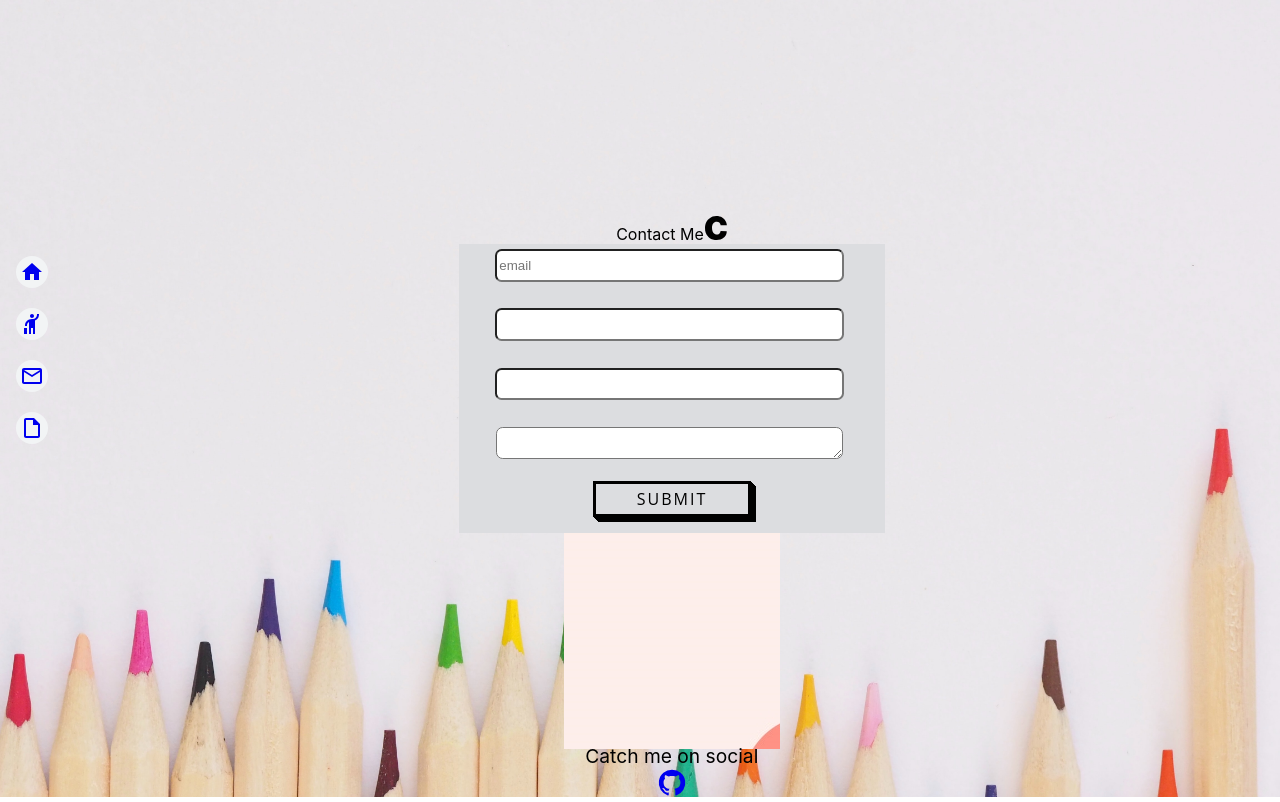
Repository: ujjawalmittal55/portfolio1
Page: /contact
The author's editor kept a copy of each file at every save. The page is drawn from the files as they stood at one save, then again after the next save.
The browser window is 1280 px wide. The pictures show the whole page.
The project was rebuilt for these pictures with package versions that can differ from the ones it lists, and the page was loaded fresh each time. Also part of the build but not shown: src/display.css, src/Display.tsx, src/about.css, src/About.jsx, src/document.css, src/Document.jsx.

Above is the page before, as saved 2022-05-24 22:49:54.

### public/index.html
<!DOCTYPE html>
<html lang="en">
  <head>

    <style>
      @import url('https://fonts.googleapis.com/css2?family=Montserrat:ital,wght@0,100;1,100&family=Source+Code+Pro:wght@300&display=swap');
    </style>
    <meta charset="utf-8" />
    <link rel="icon" href="%PUBLIC_URL%/favicon.ico" />
    <meta name="viewport" content="width=device-width, initial-scale=1" />
    <meta name="theme-color" content="#000000" />
    <meta
      name="description"
      content="Web site created using create-react-app"
    />
    <link rel="apple-touch-icon" href="%PUBLIC_URL%/logo192.png" />
    <!--
      manifest.json provides metadata used when your web app is installed on a
      user's mobile device or desktop. See https://developers.google.com/web/fundamentals/web-app-manifest/
    -->
    <link rel="manifest" href="%PUBLIC_URL%/manifest.json" />
    <!--
      Notice the use of %PUBLIC_URL% in the tags above.
      It will be replaced with the URL of the `public` folder during the build.
      Only files inside the `public` folder can be referenced from the HTML.

      Unlike "/favicon.ico" or "favicon.ico", "%PUBLIC_URL%/favicon.ico" will
      work correctly both with client-side routing and a non-root public URL.
      Learn how to configure a non-root public URL by running `npm run build`.
    -->
    <title>React App</title>
  </head>
  <body>
    <noscript>You need to enable JavaScript to run this app.</noscript>
    <div id="root"></div>
    <!--
      This HTML file is a template.
      If you open it directly in the browser, you will see an empty page.

      You can add webfonts, meta tags, or analytics to this file.
      The build step will place the bundled scripts into the <body> tag.

      To begin the development, run `npm start` or `yarn start`.
      To create a production bundle, use `npm run build` or `yarn build`.
    -->
  </body>
</html>

### src/index.tsx
import React from "react";
import ReactDOM from "react-dom/client";
import "./index.css";
import App from "./App";
import Portfolio from "./Portfolio";
import SideBar from "./SideBar";

import reportWebVitals from "./reportWebVitals";
import { BrowserRouter } from "react-router-dom";

const rootElement = document.getElementById("root");
if (!rootElement) throw new Error("Failed to find the root element");
const root = ReactDOM.createRoot(rootElement);
root.render(
  <React.StrictMode>
    <BrowserRouter>
      <Portfolio />
    </BrowserRouter>
  </React.StrictMode>
);

// If you want to start measuring performance in your app, pass a function
// to log results (for example: reportWebVitals(console.log))
// or send to an analytics endpoint. Learn more: https://bit.ly/CRA-vitals
reportWebVitals();

### src/Portfolio.tsx
import React, { Component } from "react";
import {
  BrowserRouter,
  Route,
  Link,
  Routes,
  useLocation,
} from "react-router-dom";
import Display from "./Display";
import "./homepage.css";
import SideBar from "./SideBar";
import About from "./About";
import Document from "./Document";
import Contact from "./Contact";
import { AnimatePresence } from "framer-motion";
function Portfolio() {
  const location = useLocation();
  return (
    <div className="Home">
      <div className="sidebar">
        <SideBar />
      </div>
      <div className="main_content">
        <AnimatePresence>
          <Routes location={location} key={location.key}>
            <Route path="/" element={<Display />} />
            <Route path="/about" element={<About />} />
            <Route path="/contact" element={<Contact />} />
            <Route path="/projects" element={<Display />} />
            <Route path="/document" element={<Document />} />
          </Routes>
        </AnimatePresence>
      </div>
    </div>
  );
}

export default Portfolio;

### src/homepage.css
.Home {
  background-image: url("/public/bg.jpg");
  background-size: cover;
  background-repeat: no-repeat;
  display: flex;
}
.main_content {
  flex: 1;
}

### src/SideBar.tsx
import React, { useState } from "react";
import {
  BrowserRouter as Router,
  Route,
  Link,
  useParams,
  NavLink,
} from "react-router-dom";

import "./sidebar.css";
import HomeIcon from "@mui/icons-material/Home";
import HailIcon from "@mui/icons-material/Hail";
import InsertDriveFileOutlinedIcon from "@mui/icons-material/InsertDriveFileOutlined";
import EmailOutlinedIcon from "@mui/icons-material/EmailOutlined";
import { motion } from "framer-motion";

function SideBar() {
  return (
    <div>
      <div className="sidebar">
        <ul className="sidebar-items">
          <li className="list">
            <Link to="/">
              <div className="list-div">
                <HomeIcon>home</HomeIcon>
              </div>
            </Link>
          </li>
          <Link to="/about">
            <motion.li
              className="list"
              whileHover={{ scale: 1.1, transition: { yoyo: Infinity } }}
            >
              <div className="list-div">
                <HailIcon>home</HailIcon>
              </div>
            </motion.li>
          </Link>
          <Link to="/contact">
            <li className="list">
              <div className="list-div">
                <EmailOutlinedIcon>home</EmailOutlinedIcon>
              </div>
            </li>
          </Link>

          <Link to="/document">
            <li className="list">
              <div className="list-div">
                <InsertDriveFileOutlinedIcon>home</InsertDriveFileOutlinedIcon>
              </div>
            </li>
          </Link>
        </ul>
      </div>
    </div>
  );
}

export default SideBar;

### src/Contact.jsx
import React, { useState } from "react";
import { GitHub } from "@mui/icons-material";
import { motion } from "framer-motion";
import "./contact.css";
const spanVariants = {
  hidden: {
    opacity: 0,
    y: "100vh",
  },
  visible: {
    opacity: 1,
    y: 0,
    scale: 1.2,
    transition: { duration: 2 },
  },
};
const inputVariants = {
  hover: {
    scale: 1.2,
  },
};
function Contact() {
  const [email, setEmail] = useState("");
  const [name, setName] = useState("");
  const [phone, setPhone] = useState("");
  const [query, setQuery] = useState("");
  const clearState = () => {
    setName("");
    setEmail("");
    setPhone("");
    setQuery("");
  };

  const submit = (e) => {
    e.preventDefault();
    clearState();
  };
  return (
    <div className="contact_ME">
      <motion.div className="contact">
        {" "}
        Contact Me
        <motion.svg
          initial={{ opacity: 0, rotate: -100 }}
          animate={{ opacity: 1, rotate: 0, transition: { duration: 1 } }}
          xmlns="http://www.w3.org/2000/svg"
          width="24px"
          height="24px"
          viewBox="0 0 24 24"
          role="img"
        >
          <motion.path
            initial={{ pathlength: 0, opacity: 0 }}
            animate={{ pathlength: 1, opacity: 1, transition: { duration: 1 } }}
            d="M16.592 9.196s-.354-3.298-3.627-3.39c-3.274-.09-4.955 2.474-4.955 6.14 0 3.665 1.858 6.597 5.045 6.597 3.184 0 3.538-3.665 3.538-3.665l6.104.365s.36 3.31-2.196 5.836c-2.552 2.524-5.69 2.937-7.876 2.92-2.19-.016-5.226.035-8.16-2.97-2.938-3.01-3.436-5.93-3.436-8.8 0-2.87.556-6.67 4.047-9.55C7.444.72 9.849 0 12.254 0c10.042 0 10.717 9.26 10.717 9.26z"
          />
        </motion.svg>
      </motion.div>
      <motion.form
        className="form"
        initial={{ x: "-100vw" }}
        animate={{ x: 0 }}
        transition={{
          duration: 2,
          when: "beforeChildren",
          staggerChildren: 0.2,
        }}
      >
        <motion.input
          variant={inputVariants}
          whileFocus="hover"
          className="Input"
          placeholder="email"
          type="email"
          onChange={(e) => setEmail(e.target.value)}
          value={email}
        />
        <input
          className="Input"
          type="text"
          value={name}
          onChange={(e) => setName(e.target.value)}
        />

        <input
          className="Input"
          type="number"
          value={phone}
          onChange={(e) => setPhone(e.target.value)}
        />

        <textarea
          className="Input"
          maxLength="500"
          initial="wirte your Query"
          value={query}
          onChange={(e) => setQuery(e.target.value)}
        ></textarea>
        <motion.div
          className="button"
          whileHover={{
            scale: 1.1,
            animate: { style: { boxShadow: "1px 0px 10px #F0FFFF  " } },
            transition: { delay: 0, yoyo: Infinity },
          }}
          onClick={(e) => submit(e)}
        >
          submit
        </motion.div>
      </motion.form>
      <div className="photo"> </div>
      <motion.div
        className="social"
        variants={spanVariants}
        initial="hidden"
        animate="visible"
      >
        Catch me on social
        <a href="https://github.com/ujjawalmittal55" target="_blank">
          <GitHub />{" "}
        </a>
      </motion.div>
    </div>
  );
}

export default Contact;

### src/sidebar.css
.sidebar {
  height: 100%;
  /* background-color: rgb(221, 195, 195) */
}
.sidebar {
  height: 100vh;
  display: grid;
  align-items: center;
  text-align: center;
  text-decoration: none;
}
.sidebar-items {
  padding: 0;
  margin: 1em;
}

.list {
  font-size: 1em;
  margin-bottom: 1.25em;
  list-style-type: none;
  text-align: center;
  text-decoration: none;
  padding: auto;
}

.list-div:hover {
  text-decoration: underline;
  transform: scale(1.25);
  background-color: rgb(126, 128, 247);
}

.list-div {
  display: flex;
  justify-content: center;
  align-items: center;
  text-align: center;
  height: 2em;
  width: 2em;
  background-color: rgb(242, 244, 245);
  border-radius: 50%;
  transition-duration: 0.5s;
}

### src/contact.css
.contact_ME {
  display: flex;
  flex-direction: column;
  align-content: center;
  justify-content: center;
  align-items: center;
  flex-wrap: nowrap;
}
.contact {
  /* position: absolute; */
  margin-top: 30vh;
  margin-bottom: 5vhrgb (233, 231, 234);
}
.form {
  background-color: rgb(220, 221, 224);
  display: flex;
  flex-direction: column;
  text-align: center;
  width: 35%;
  grid-template-columns: 1fr 1fr;
  grid-row-gap: 3vh;
  align-content: space-between;
  justify-content: space-between;
  align-items: center;
}
.photo {
  background-image: url("/public/contact.jpg");
  height: 30vh;
  width: 30vh;
}
.elements {
  margin-top: 5px;
  margin-right: 5px;
  margin-bottom: 10px;
  font-family: "Source Code Pro", monospace;
  font-weight: bold;
}
.button {
  /* margin-left: 10px; */
  text-align: center;
  width: 30%;
  font-family: "Open Sans", sans-serif;
  font-size: 16px;
  letter-spacing: 2px;
  margin-bottom: 1em;
  text-decoration: none;
  text-transform: uppercase;
  color: #000;
  cursor: pointer;
  border: 3px solid;
  padding: 0.25em 0.5em;
  box-shadow: 1px 1px 0px 0px, 2px 2px 0px 0px, 3px 3px 0px 0px, 4px 4px 0px 0px,
    5px 5px 0px 0px;
  position: relative;
  user-select: none;
  -webkit-user-select: none;
  touch-action: manipulation;
}

.button:active {
  box-shadow: 0px 0px 0px 0px;
  top: 5px;
  left: 5px;
}

@media (min-width: 768px) {
  .button {
    padding: 0.25em 0.75em;
  }
}

.Input {
  margin-top: 5px;
  margin-right: 5px;
  width: 80%;
  height: 2em;
  border-radius: 0.5em;
}
.Input:focus {
  border: 2px solid rgb(44, 230, 2);
  box-shadow: 0 0 0.5rem 0.5rem rgb(18, 181, 200);
}
.social {
  display: flex;
  text-align: center;
  width: 35%;
  flex-direction: column;
  align-content: center;
  justify-content: center;
  align-items: center;
  border-radius: 10%;
}

Loaded but not shown: src/index.css (common file); src/reportWebVitals.js (common file)

After the next save:
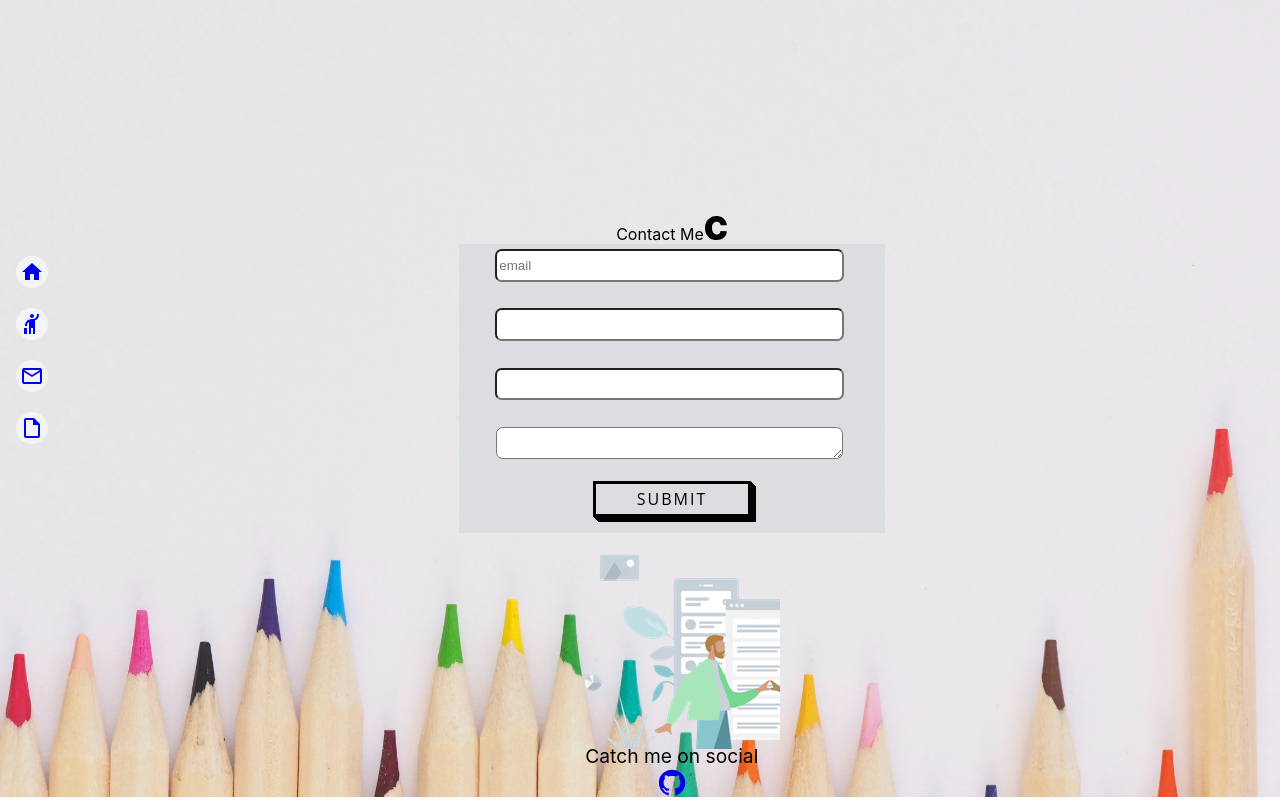
Saved 3 min 20 s later.
--- a/src/contact.css
+++ b/src/contact.css
@@ -24,7 +24,7 @@
   align-items: center;
 }
 .photo {
-  background-image: url("/public/contact.jpg");
+  background-image: url("/public/human.png");
   height: 30vh;
   width: 30vh;
 }
